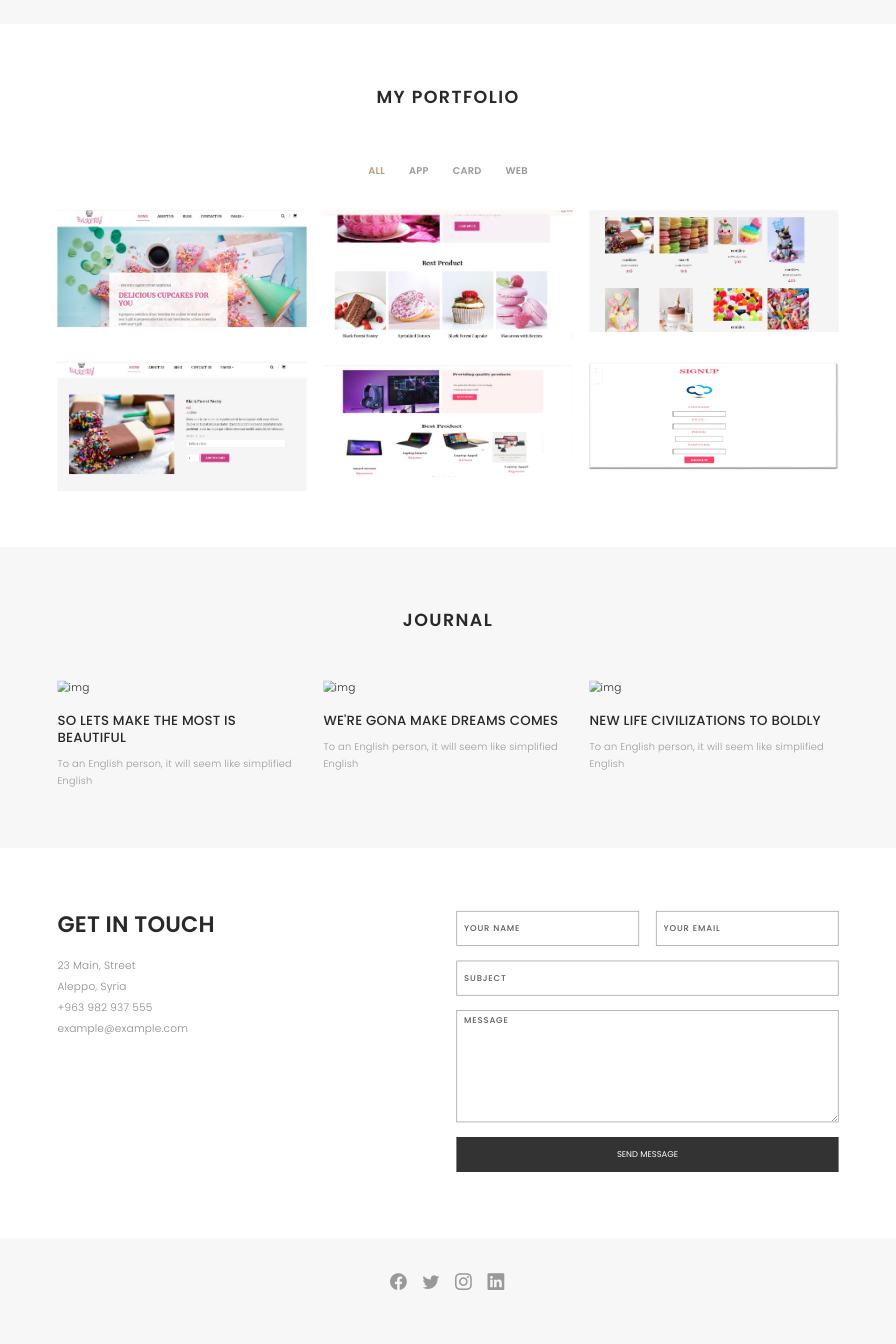
Repository: AlaaBashirSaijary/Library
Page: http://localhost/home
These files come from the project's save history. The page is drawn as it stood at one moment and after a run of saves; the edit follows.
The browser window is 1280 px wide. The pictures show the part of the page from y = 1566 to 3486 px (the page is 3486 px tall), at 70% of full size.
Some web fonts or font styles are not loaded; a fallback is used. The page is served by the project's Laravel application, run on PHP 8.4 with Laravel 10. Other server files are loaded and not shown.

Above is the page before, as saved 2024-01-04 15:37:55.

### routes/web.php
<?php

use Illuminate\Support\Facades\Route;

/*
|--------------------------------------------------------------------------
| Web Routes
|--------------------------------------------------------------------------
|
| Here is where you can register web routes for your application. These
| routes are loaded by the RouteServiceProvider and all of them will
| be assigned to the "web" middleware group. Make something great!
|
*/

Route::get('/', function () {
    return view('welcome');
});
Route::get('/home', function () {
    return view('pages.home');
});

### resources/views/pages/home.blade.php
@extends("master.app")

@section("content")
  <!-- ======= Hero Section ======= -->
  <div id="hero" class="home">

    <div class="container">
      <div class="hero-content">
        <h1>I'm <span class="typed" data-typed-items="Alaa Saijary,Website  Developer ,Website Tester,Mobile App Developer , Freelancer, Writer"></span></h1>
        <p>Website  Developer ,Website Tester,Mobile App Developer , Freelancer, Writer</p>

        <ul class="list-unstyled list-social">
          <li><a href="#"><i class="bi bi-facebook"></i></a></li>
          <li><a href="#"><i class="bi bi-twitter"></i></a></li>
          <li><a href="#"><i class="bi bi-instagram"></i></a></li>
          <li><a href="#"><i class="bi bi-linkedin"></i></a></li>
        </ul>
      </div>
    </div>
  </div><!-- End Hero -->

  <main id="main">

    <!-- ======= About Section ======= -->
    <div id="about" class="paddsection">
      <div class="container">
        <div class="row justify-content-between">

          <div class="col-lg-4 ">
            <div class="div-img-bg">
              <div class="about-img">
                <img src="{{ asset('img/me.jpg') }}" class="img-responsive" alt="me">
              </div>
            </div>
          </div>

          <div class="col-lg-7">
            <div class="about-descr">

              <p class="p-heading">im a ux /ui designer austin based who loves clean, simple & unique design. i also enjoy crafting brand identities, icons, & ilustration work. </p>
              <p class="separator">To an English person, it will seem like simplified English, as a skeptical Cambridge friend of mine told me what Occidental is. The European languages are members of the same family.English person.</p>

            </div>

          </div>
        </div>
      </div>
    </div><!-- End About Section -->

    <!-- ======= Services Section ======= -->
    <div id="services">
      <div class="container">

        <div class="services-slider swiper" data-aos="fade-up" data-aos-delay="100">
          <div class="swiper-wrapper">

            <div class="swiper-slide">
              <div class="services-block">
                <i class="bi bi-briefcase"></i>
                <span>UI/UX DESIGN</span>
                <p class="separator">To an English person, it will seem like simplified English,told me what </p>
              </div>
            </div><!-- End testimonial item -->

            <div class="swiper-slide">
              <div class="services-block">
                <i class="bi bi-card-checklist"></i>
                <span>BRAND IDENTITY</span>
                <p class="separator">To an English person, it will seem like simplified English,told me what </p>
              </div>
            </div><!-- End testimonial item -->

            <div class="swiper-slide">
              <div class="services-block">
                <i class="bi bi-bar-chart"></i>
                <span>WEB DESIGN</span>
                <p class="separator">To an English person, it will seem like simplified English,told me what </p>
              </div>
            </div><!-- End testimonial item -->

            <div class="swiper-slide">
              <div class="services-block">
                <i class="bi bi-binoculars"></i>
                <span>MOBILE APPS</span>
                <p class="separator">To an English person, it will seem like simplified English,told me what </p>
              </div>
            </div><!-- End testimonial item -->

            <div class="swiper-slide">
              <div class="services-block">
                <i class="bi bi-brightness-high"></i>
                <span>Analytics</span>
                <p class="separator">To an English person, it will seem like simplified English,told me what </p>
              </div>
            </div><!-- End testimonial item -->

            <div class="swiper-slide">
              <div class="services-block">
                <i class="bi bi-calendar4-week"></i>
                <span>PHOTOGRAPHY</span>
                <p class="separator">To an English person, it will seem like simplified English,told me what </p>
              </div>
            </div><!-- End testimonial item -->

          </div>
          <div class="swiper-pagination"></div>
        </div>

      </div>

    </div><!-- End Services Section -->

    <!-- ======= Portfolio Section ======= -->
    <div id="portfolio" class="paddsection">

      <div class="container">
        <div class="section-title text-center">
          <h2>My Portfolio</h2>
        </div>
      </div>

      <div class="container">

        <div class="row">
          <div class="col-lg-12 d-flex justify-content-center">
            <ul id="portfolio-flters">
              <li data-filter="*" class="filter-active">All</li>
              <li data-filter=".filter-app">App</li>
              <li data-filter=".filter-card">Card</li>
              <li data-filter=".filter-web">Web</li>
            </ul>
          </div>
        </div>

        <div class="row portfolio-container">

          <div class="col-lg-4 col-md-6 portfolio-item filter-app">
            <img src="assets/img/portfolio/portfolio-1.jpg" class="img-fluid" alt="">
            <div class="portfolio-info">
              <h4>App 1</h4>
              <p>App</p>
              <a href="assets/img/portfolio/portfolio-1.jpg" data-gallery="portfolioGallery" class="portfolio-lightbox preview-link" title="App 1"><i class="bx bx-plus"></i></a>
              <a href="portfolio-details.html" class="details-link" title="More Details"><i class="bx bx-link"></i></a>
            </div>
          </div>

          <div class="col-lg-4 col-md-6 portfolio-item filter-web">
            <img src="assets/img/portfolio/portfolio-2.jpg" class="img-fluid" alt="">
            <div class="portfolio-info">
              <h4>Web 3</h4>
              <p>Web</p>
              <a href="assets/img/portfolio/portfolio-2.jpg" data-gallery="portfolioGallery" class="portfolio-lightbox preview-link" title="Web 3"><i class="bx bx-plus"></i></a>
              <a href="portfolio-details.html" class="details-link" title="More Details"><i class="bx bx-link"></i></a>
            </div>
          </div>

          <div class="col-lg-4 col-md-6 portfolio-item filter-app">
            <img src="assets/img/portfolio/portfolio-3.jpg" class="img-fluid" alt="">
            <div class="portfolio-info">
              <h4>App 2</h4>
              <p>App</p>
              <a href="assets/img/portfolio/portfolio-3.jpg" data-gallery="portfolioGallery" class="portfolio-lightbox preview-link" title="App 2"><i class="bx bx-plus"></i></a>
              <a href="portfolio-details.html" class="details-link" title="More Details"><i class="bx bx-link"></i></a>
            </div>
          </div>

          <div class="col-lg-4 col-md-6 portfolio-item filter-card">
            <img src="assets/img/portfolio/portfolio-4.jpg" class="img-fluid" alt="">
            <div class="portfolio-info">
              <h4>Card 2</h4>
              <p>Card</p>
              <a href="assets/img/portfolio/portfolio-4.jpg" data-gallery="portfolioGallery" class="portfolio-lightbox preview-link" title="Card 2"><i class="bx bx-plus"></i></a>
              <a href="portfolio-details.html" class="details-link" title="More Details"><i class="bx bx-link"></i></a>
            </div>
          </div>

          <div class="col-lg-4 col-md-6 portfolio-item filter-web">
            <img src="assets/img/portfolio/portfolio-5.jpg" class="img-fluid" alt="">
            <div class="portfolio-info">
              <h4>Web 2</h4>
              <p>Web</p>
              <a href="assets/img/portfolio/portfolio-5.jpg" data-gallery="portfolioGallery" class="portfolio-lightbox preview-link" title="Web 2"><i class="bx bx-plus"></i></a>
              <a href="portfolio-details.html" class="details-link" title="More Details"><i class="bx bx-link"></i></a>
            </div>
          </div>

          <div class="col-lg-4 col-md-6 portfolio-item filter-app">
            <img src="assets/img/portfolio/portfolio-6.jpg" class="img-fluid" alt="">
            <div class="portfolio-info">
              <h4>App 3</h4>
              <p>App</p>
              <a href="assets/img/portfolio/portfolio-6.jpg" data-gallery="portfolioGallery" class="portfolio-lightbox preview-link" title="App 3"><i class="bx bx-plus"></i></a>
              <a href="portfolio-details.html" class="details-link" title="More Details"><i class="bx bx-link"></i></a>
            </div>
          </div>

        </div>

      </div>

    </div><!-- End Portfolio Section -->

    <!-- ======= Journal Section ======= -->
    <div id="journal" class="text-left paddsection">

      <div class="container">
        <div class="section-title text-center">
          <h2>journal</h2>
        </div>
      </div>

      <div class="container">
        <div class="journal-block">
          <div class="row">

            <div class="col-lg-4 col-md-6">
              <div class="journal-info">

                <a href="blog-single.html"><img src="assets/img/blog-post-1.jpg" class="img-responsive" alt="img"></a>

                <div class="journal-txt">

                  <h4><a href="blog-single.html">SO LETS MAKE THE MOST IS BEAUTIFUL</a></h4>
                  <p class="separator">To an English person, it will seem like simplified English
                  </p>

                </div>

              </div>
            </div>

            <div class="col-lg-4 col-md-6">
              <div class="journal-info">

                <a href="blog-single.html"><img src="assets/img/blog-post-2.jpg" class="img-responsive" alt="img"></a>

                <div class="journal-txt">

                  <h4><a href="blog-single.html">WE'RE GONA MAKE DREAMS COMES</a></h4>
                  <p class="separator">To an English person, it will seem like simplified English
                  </p>

                </div>

              </div>
            </div>

            <div class="col-lg-4 col-md-6">
              <div class="journal-info">

                <a href="blog-single.html"><img src="assets/img/blog-post-3.jpg" class="img-responsive" alt="img"></a>

                <div class="journal-txt">

                  <h4><a href="blog-single.html">NEW LIFE CIVILIZATIONS TO BOLDLY</a></h4>
                  <p class="separator">To an English person, it will seem like simplified English
                  </p>

                </div>

              </div>
            </div>

          </div>
        </div>
      </div>

    </div><!-- End Journal Section -->

    <!-- ======= Contact Section ======= -->
    <div id="contact" class="paddsection">
      <div class="container">
        <div class="contact-block1">
          <div class="row">

            <div class="col-lg-6">
              <div class="contact-contact">

                <h2 class="mb-30">GET IN TOUCH</h2>

                <ul class="contact-details">
                  <li><span>23 Main, Street</span></li>
                  <li><span>Aleppo, Syria</span></li>
                  <li><span>+963 982 937 555</span></li>
                  <li><span>example@example.com</span></li>
                </ul>

              </div>
            </div>

            <div class="col-lg-6">
              <form action="forms/contact.php" method="post" role="form" class="php-email-form">
                <div class="row gy-3">

                  <div class="col-lg-6">
                    <div class="form-group contact-block1">
                      <input type="text" name="name" class="form-control" id="name" placeholder="Your Name" required>
                    </div>
                  </div>

                  <div class="col-lg-6">
                    <div class="form-group">
                      <input type="email" class="form-control" name="email" id="email" placeholder="Your Email" required>
                    </div>
                  </div>

                  <div class="col-lg-12">
                    <div class="form-group">
                      <input type="text" class="form-control" name="subject" id="subject" placeholder="Subject" required>
                    </div>
                  </div>

                  <div class="col-lg-12">
                    <div class="form-group">
                      <textarea class="form-control" name="message" placeholder="Message" required></textarea>
                    </div>
                  </div>

                  <div class="col-lg-12">
                    <div class="loading">Loading</div>
                    <div class="error-message"></div>
                    <div class="sent-message">Your message has been sent. Thank you!</div>
                  </div>

                  <div class="mt-0">
                    <input type="submit" class="btn btn-defeault btn-send" value="Send message">
                  </div>

                </div>
              </form>
            </div>
          </div>
        </div>
      </div>
    </div><!-- End Contact Section -->

  </main><!-- End #main -->

@endsection

### resources/views/master/app.blade.php
<!DOCTYPE html>
<html lang="en">

<head>
  <meta charset="utf-8">
  <meta content="width=device-width, initial-scale=1.0" name="viewport">

  <title>Folio Bootstrap Template - Index</title>
  <meta content="" name="description">
  <meta content="" name="keywords">

  <!-- Favicons -->
  <link href="{{ asset("img/favicon.png") }}" rel="icon">
  <link href="{{ asset("img/apple-touch-icon.png") }}" rel="apple-touch-icon">

  <!-- Google Fonts -->
  <link href="https://fonts.googleapis.com/css?family=Poppins:300,300i,400,400i,500,500i,600,600i,700,700i|Playfair+Display:400,400i,500,500i,600,600i,700,700i,900,900i" rel="stylesheet">

  <!-- Vendor CSS Files -->
  <link href='{{asset("vendor/bootstrap/css/bootstrap.min.css")  }}' rel="stylesheet">
  <link href='{{asset("vendor/bootstrap-icons/bootstrap-icons.css")  }}' rel="stylesheet">
  <link href='{{asset("vendor/boxicons/css/boxicons.min.css")  }}' rel="stylesheet">
  <link href='{{asset("vendor/glightbox/css/glightbox.min.css")  }}' rel="stylesheet">
  <link href='{{asset("vendor/swiper/swiper-bundle.min.css")  }}' rel="stylesheet">

  <!-- Template Main CSS File -->
  <link href='{{ asset("css/style.css") }}' rel="stylesheet">

  <!-- =======================================================
  * Template Name: Folio
  * Updated: Nov 17 2023 with Bootstrap v5.3.2
  * Template URL: https://bootstrapmade.com/folio-bootstrap-portfolio-template/
  * Author: BootstrapMade.com
  * License: https://bootstrapmade.com/license/
  ======================================================== -->
</head>

<body>


@include("master.header")
@yield("content")
@include("master.footer")


  <a href="#" class="back-to-top d-flex align-items-center justify-content-center"><i class="bi bi-arrow-up-short"></i></a>

  <!-- Vendor JS Files -->
  <script src='{{ asset("vendor/bootstrap/js/bootstrap.bundle.min.js") }}'></script>
  <script src='{{ asset("vendor/glightbox/js/glightbox.min.js") }}'></script>
  <script src='{{ asset("vendor/isotope-layout/isotope.pkgd.min.js") }}'></script>
  <script src='{{ asset("vendor/swiper/swiper-bundle.min.js") }}'></script>
  <script src='{{ asset("vendor/typed.js/typed.umd.js") }}'></script>
  <script src='{{ asset("vendor/php-email-form/validate.js") }}'></script>

  <!-- Template Main JS File -->
  <script src='{{ asset("js/main.js") }}'></script>

</body>

</html>

### resources/views/master/header.blade.php
  <!-- ======= Header ======= -->
  <header id="header" class="fixed-top ">
    <div class="container d-flex align-items-center justify-content-between">

      <a href="index.html" class="logo"><img src="assets/img/logo.png" alt="" class="img-fluid"></a>
      <!-- Uncomment below if you prefer to use an text logo -->
      <!-- <h1 class="logo"><a href="index.html">Folio</a></h1> -->

      <nav id="navbar" class="navbar">
        <ul>
          <li><a class="nav-link scrollto active" href="#hero">Home</a></li>
          <li><a class="nav-link scrollto" href="#about">About</a></li>
          <li><a class="nav-link  scrollto" href="#portfolio">Portfolio</a></li>
          <li><a class="nav-link  scrollto" href="#journal">Blog</a></li>
          <li class="dropdown"><a href="#"><span>Drop Down</span> <i class="bi bi-chevron-down"></i></a>
            <ul>
              <li><a href="#">Drop Down 1</a></li>
              <li class="dropdown"><a href="#"><span>Deep Drop Down</span> <i class="bi bi-chevron-right"></i></a>
                <ul>
                  <li><a href="#">Deep Drop Down 1</a></li>
                  <li><a href="#">Deep Drop Down 2</a></li>
                  <li><a href="#">Deep Drop Down 3</a></li>
                  <li><a href="#">Deep Drop Down 4</a></li>
                  <li><a href="#">Deep Drop Down 5</a></li>
                </ul>
              </li>
              <li><a href="#">Drop Down 2</a></li>
              <li><a href="#">Drop Down 3</a></li>
              <li><a href="#">Drop Down 4</a></li>
            </ul>
          </li>
          <li><a class="nav-link scrollto" href="#contact">Contact</a></li>
        </ul>
        <i class="bi bi-list mobile-nav-toggle"></i>
      </nav><!-- .navbar -->

    </div>
  </header><!-- End Header -->

### resources/views/master/footer.blade.php
<div id="footer" class="text-center">
    <div class="container">
      <div class="socials-media text-center">

        <ul class="list-unstyled">
          <li><a href="#"><i class="bi bi-facebook"></i></a></li>
          <li><a href="#"><i class="bi bi-twitter"></i></a></li>
          <li><a href="#"><i class="bi bi-instagram"></i></a></li>
          <li><a href="#"><i class="bi bi-linkedin"></i></a></li>
        </ul>

      </div>



      <div class="credits">
        <!--
        All the links in the footer should remain intact.
        You can delete the links only if you purchased the pro version.
        Licensing information: https://bootstrapmade.com/license/
        Purchase the pro version with working PHP/AJAX contact form: https://bootstrapmade.com/buy/?theme=Folio
      -->


    </div>
  </div><!-- End Footer -->

Loaded but not shown: public/js/main.js (263 lines, source omitted); public/css/style.css (1546 lines, source omitted)

After the next 4 saves:
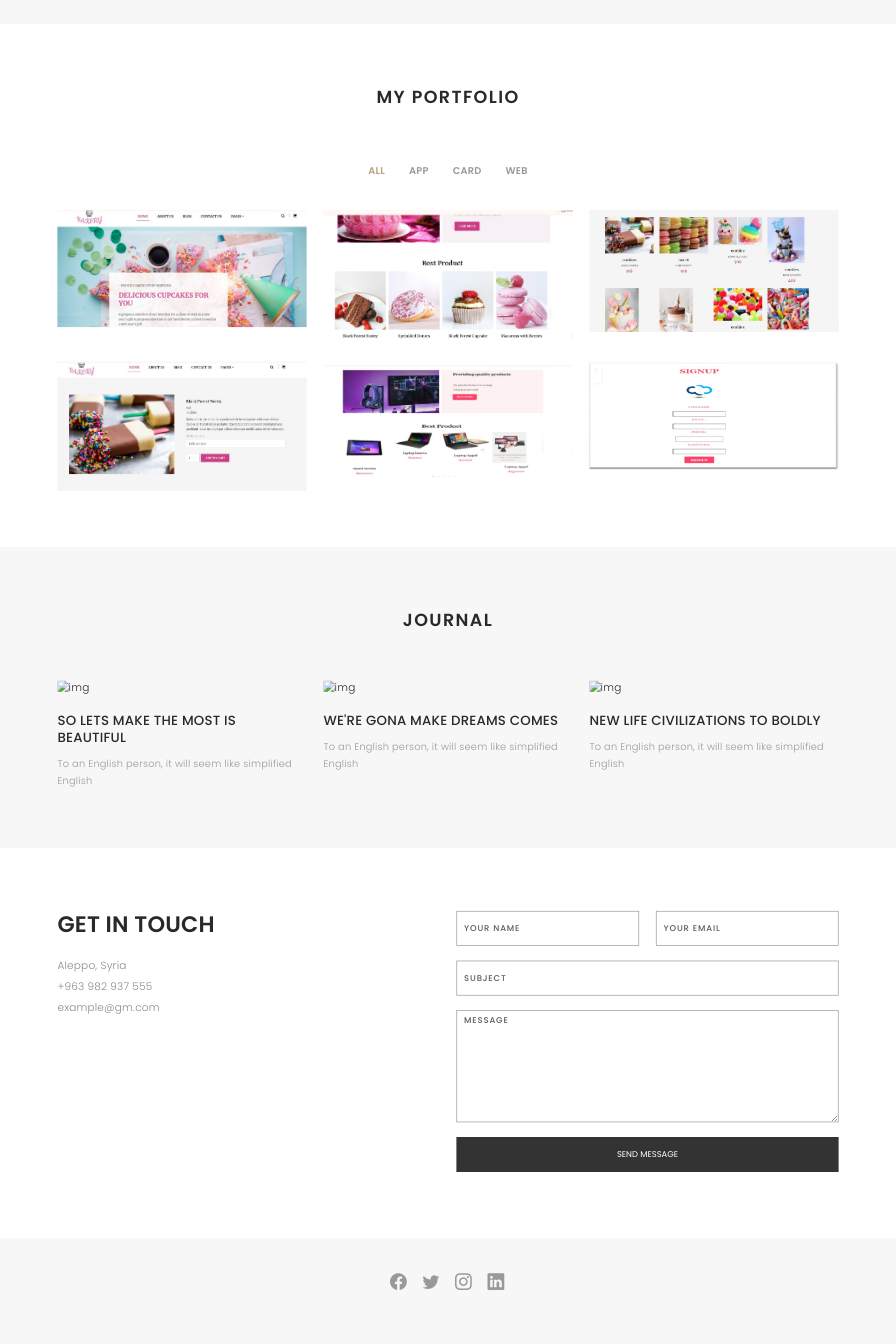
The 4 saves are shown as one change because they came seconds apart.
The last was saved 13 s later.
--- a/resources/views/pages/home.blade.php
+++ b/resources/views/pages/home.blade.php
@@ -279,10 +279,9 @@
                 <h2 class="mb-30">GET IN TOUCH</h2>
 
                 <ul class="contact-details">
-                  <li><span>23 Main, Street</span></li>
                   <li><span>Aleppo, Syria</span></li>
                   <li><span>+963 982 937 555</span></li>
-                  <li><span>example@example.com</span></li>
+                  <li><span>example@gm.com</span></li>
                 </ul>
 
               </div>
